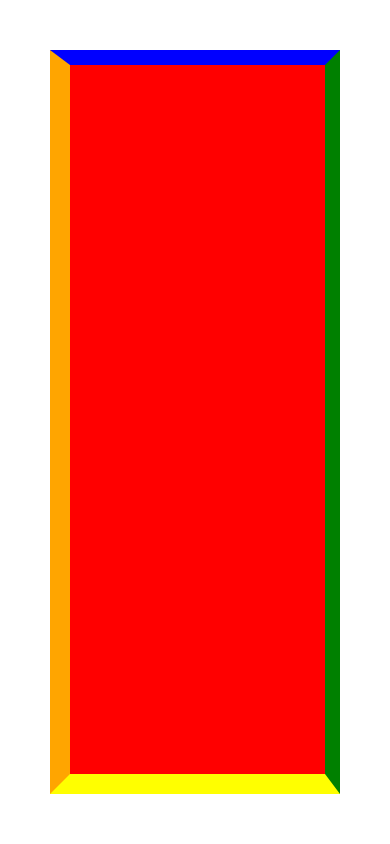
Repository: akinmiday/ReactNativeApp
Screen: /
An editor plug-in stored every save of this project. The screen is shown before and after the next save, followed by the edit.
The app was drawn by React Native's web renderer in a window 390 px wide. The project was rebuilt for these pictures with package versions that can differ from the ones it lists, and the page was loaded fresh each time.

Above is the screen before, as saved 2023-08-06 16:08:47.

After the next save:
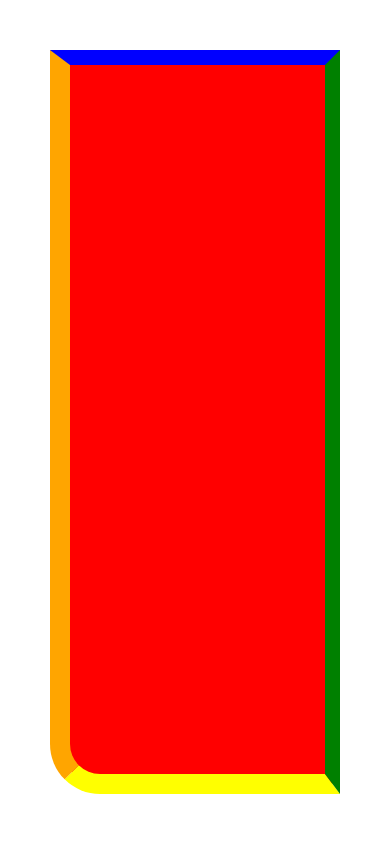
Saved 33 s later.
--- a/styles.js
+++ b/styles.js
@@ -14,6 +14,7 @@ const styles = StyleSheet.create({
     borderTopColor: "blue",
     borderLeftColor: "orange",
     borderRightColor: "green",
+    borderBottomLeftRadius: 50,
   },
   input: {
     backgroundColor: "pink",
